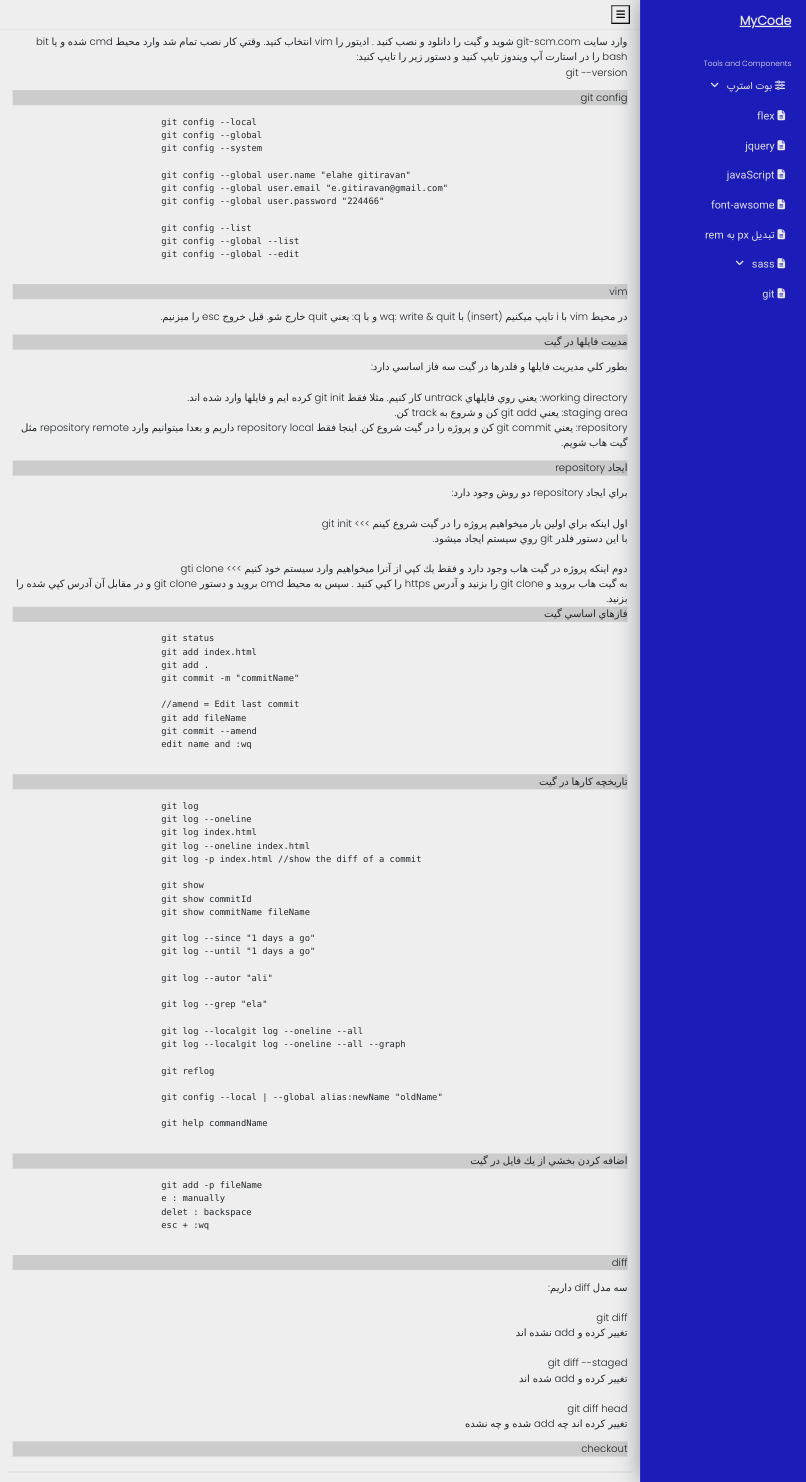
Repository: gitiravan/gitiCodes
Page: git.html
These files come from the project's save history. The page is drawn as it stood at one moment and after the next save; the edit follows.
The browser window is 1280 px wide. The pictures show the whole page, at 63% of full size.

Above is the page before, as saved 2023-07-08 20:26:54.

After the next save:
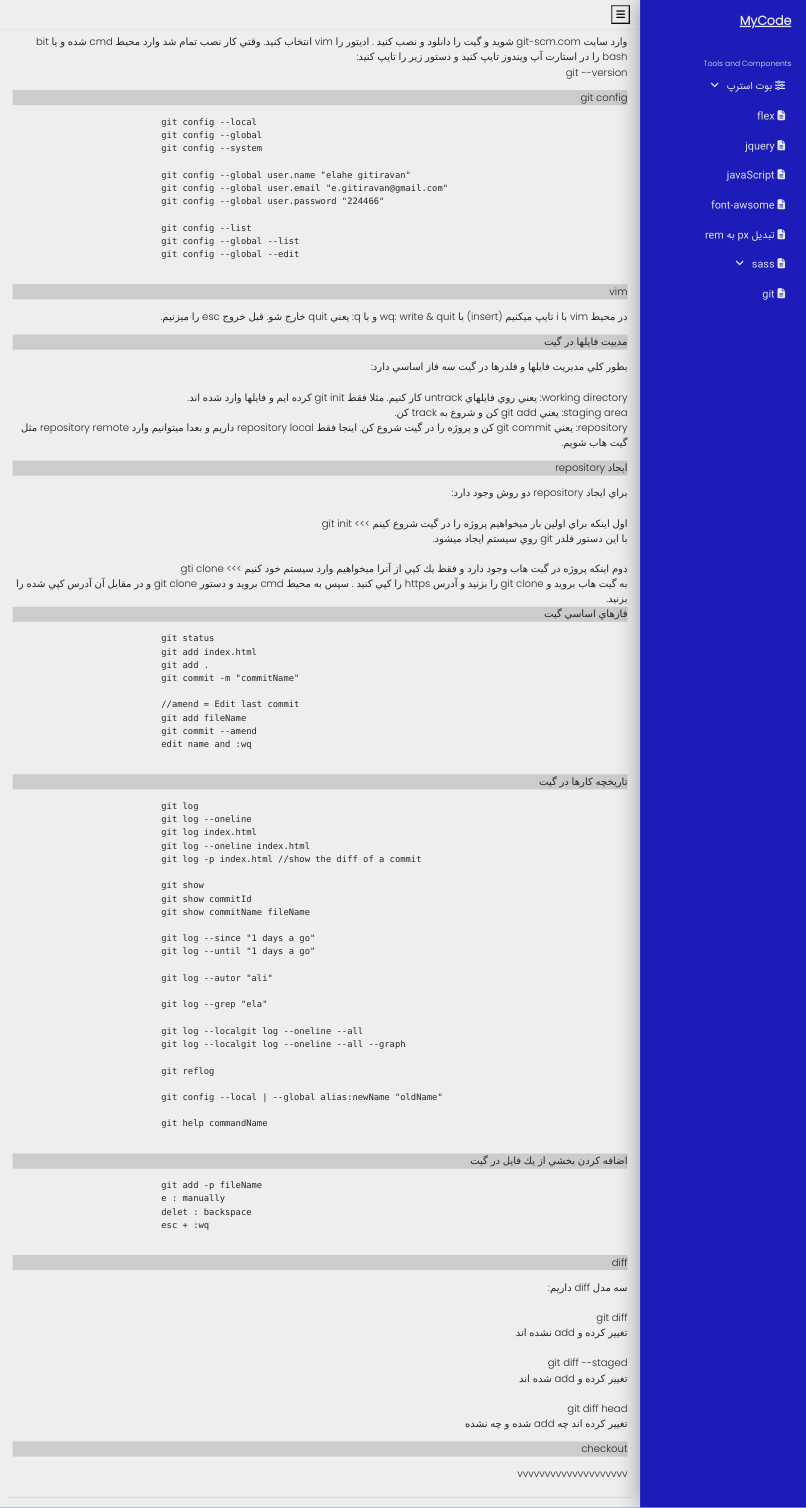
Saved 8 min 35 s later.
--- a/git.html
+++ b/git.html
@@ -255,7 +255,7 @@
                         <p  style="background-color: #ccc;"> checkout</p>
                         <p>
 
-
+vvvvvvvvvvvvvvvvvvvv
                     </td>
                 </tr>
             </table>

After the save that followed:
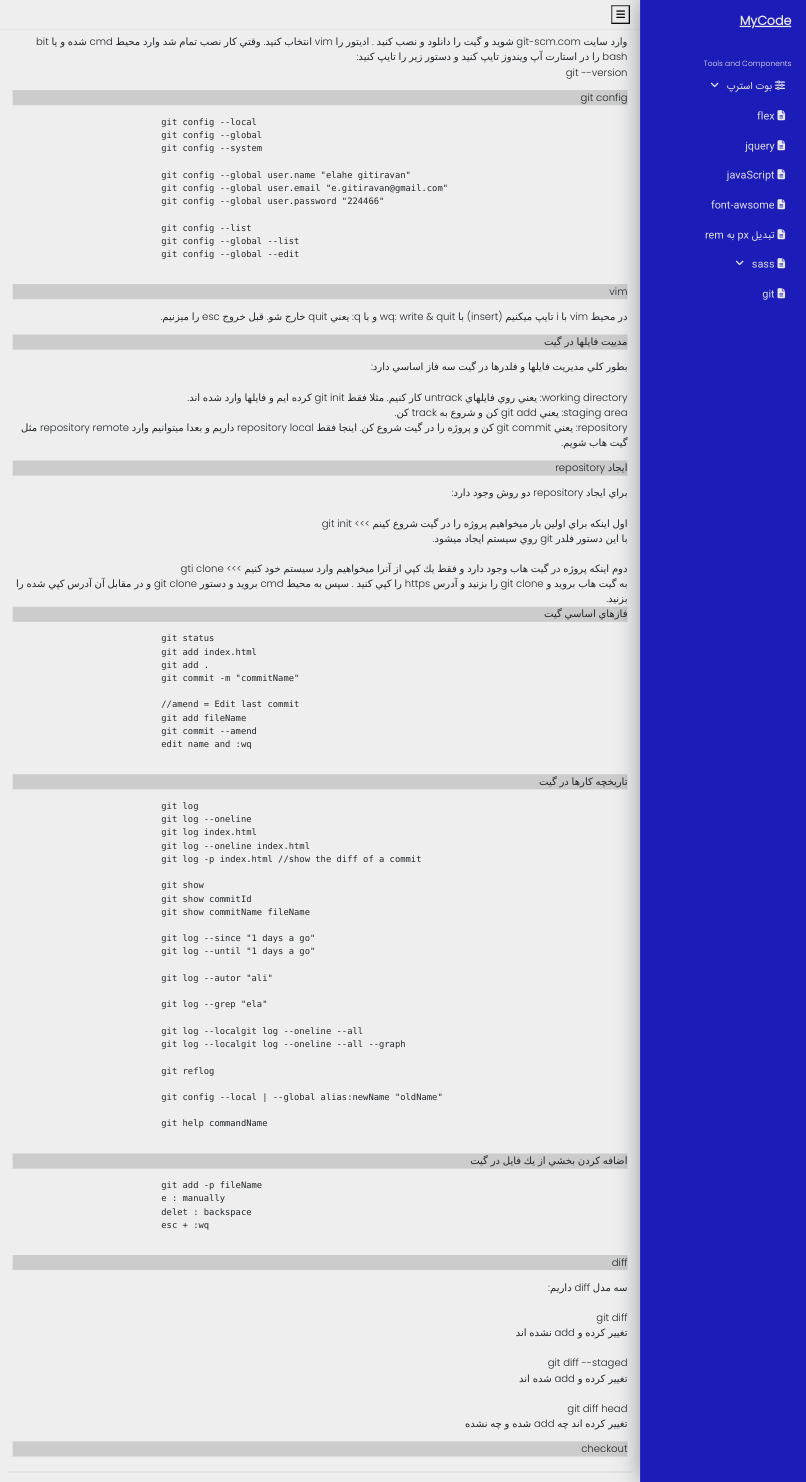
Saved 94 s later.
--- a/git.html
+++ b/git.html
@@ -255,7 +255,7 @@
                         <p  style="background-color: #ccc;"> checkout</p>
                         <p>
 
-vvvvvvvvvvvvvvvvvvvv
+
                     </td>
                 </tr>
             </table>
